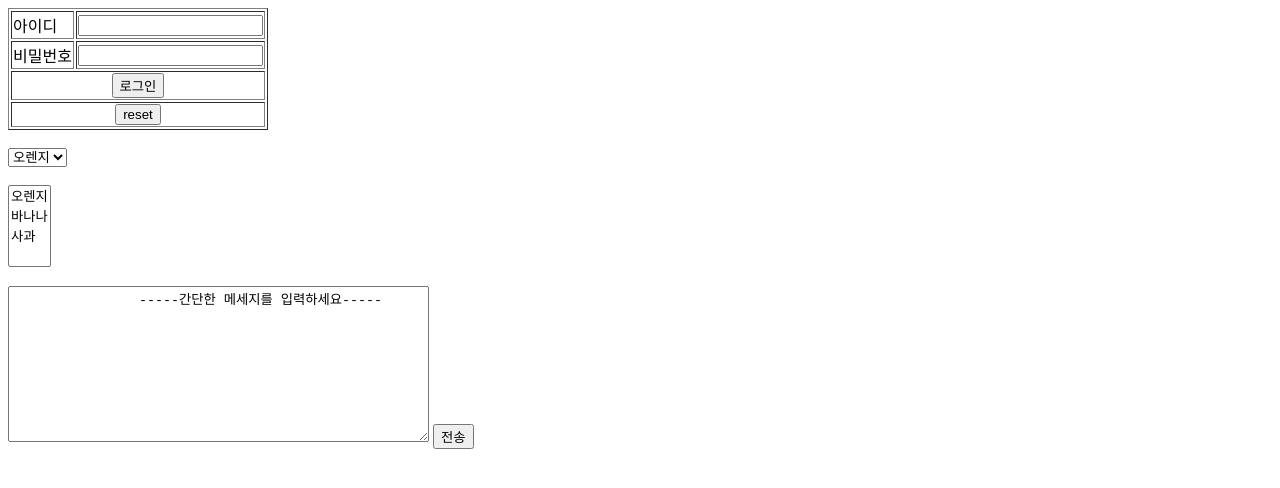
Repository: salee1023/JSP_Practice
Page: HTML_CSS_JS_practice01/src/main/webapp/form_tag.htm
The author's editor kept a copy of each file at every save. The page is drawn from the files as they stood at one save, then again after the next save.
The browser window is 1280 px wide. The pictures show the whole page.

Above is the page before, as saved 2021-08-16 11:39:27.

### HTML_CSS_JS_practice01/src/main/webapp/form_tag.htm
<!DOCTYPE html>
<html>
<head>
<meta charset="UTF-8">
<title>폼태그 연습</title>
</head>
<body>
	<!--
		폼을 구성하는 태그들
		  : 폼은 데이터를 전송할 때 사용하는 태그,
		  회원가입을 할 때 이름, 전화번호, 주소...

		<form> 자신의 태그내에 있는 데이터를 지정한 웹 주소로 전송해준다.
		데이터 전송방식
		  GET방식 : 데이터용량이 작은 256~4096바이트
		  POST방식 : 대용량의 데이터를 보낼 때 유용하다.

		  <form> 속성 :
		    method : 데이터 전송방식을 지정
		    name : 폼의 이름을 지정. 자바스크립트에서 폼내의 데이터를 구분할 때 사용한다.
		    action : 폼내의 데이터를 이동시킬 위치를 지정한다.
		    enctype : 대용량 파일의 데이터 속성을 지정한다.

		  구성태그들
		  ---------------
		  <input>
		    type :
		      text : 한 줄 입력받을 때 사용하는 형식
		      password : 비밀번호 형태로 입력받을 때 사용하는 형식
		      radio : 상호배타적 선택
		      checkbox : 다중 선택
		      button : 자바스크립트와 연계해서 사용
		      submit : 폼의 내용을 action에서 지정한 주소로 보낼 때 사용하는 형식
		      reset : 폼의 내용을 초깃값으로 재설정할 때 사용하는 형식
		      hidden : 숨김필드로 화면에 보이지 않게 할 때 사용하는 형식
		      file : 파일을 첨부할 때 사용하는 형식.

		  <select>
		  목록상자나 콤보 박스로 폼을 구성할 때 사용하는 태그
		    속성 :
		      name : 필드의 이름을 지정
		      size : 목록상자에 보여지는 항목의 수를 지정한다.
		      multiple : 필드에서 여러개의 항목을 선택할 수 있도록 지정한다.

		  <option>
		  select 태그가 만드는 필드의 항목을 만드는 태그
		    속성 :
		      value : 항목을 선택했을 때 전송할 값을 지정한다.
		      selected : 기본적으로 선택되는 항목을 지정한다.

		  <textarea>
		  여러줄에 입력하는 데이터를 사용하고자 할 때 사용하는 태그
		    속성 :
		      name : 필드의 이름을 지정
		      cols : 대문자 A를 기준으로 너비를 설정
		      rows : 대문자 A를 기준으로 높이를 설정
		      readonly : 필드를 읽기 전용으로 지정
	-->
	<form action="http://www.naver.com/index.html">
		<table border = 1>
			<tr>
				<td>아이디</td>
				<td>
					<input type="text" name="id">
				</td>
			</tr>
			<tr>
				<td>비밀번호</td>
				<td>
					<input type="password" name="pw">
				</td>
			</tr>
			<tr>
				<td colspan=2>
					<div align="center"><input type="submit" value="로그인"></div>
				</td>
			</tr>
			<tr>
				<td colspan=2>
					<div align="center"><input type="reset" value="reset"></div>
				</td>
			</tr>
		</table>
		<br>
		<select name="과일">
			<option value="orange">오렌지</option>
			<option value="banana">바나나</option>
			<option value="apple">사과</option>
		</select>
		<br><br>
		<select name="choice" multiple>
			<option value="orange">오렌지</option>
			<option value="banana">바나나</option>
			<option value="apple">사과</option>
		</select>
		<br><br>
		<textarea name="memo" cols="50" rows="10">
		-----간단한 메세지를 입력하세요-----
		</textarea>
		<input type="submit" value="전송">
	</form>
</body>
</html>

After the next save:
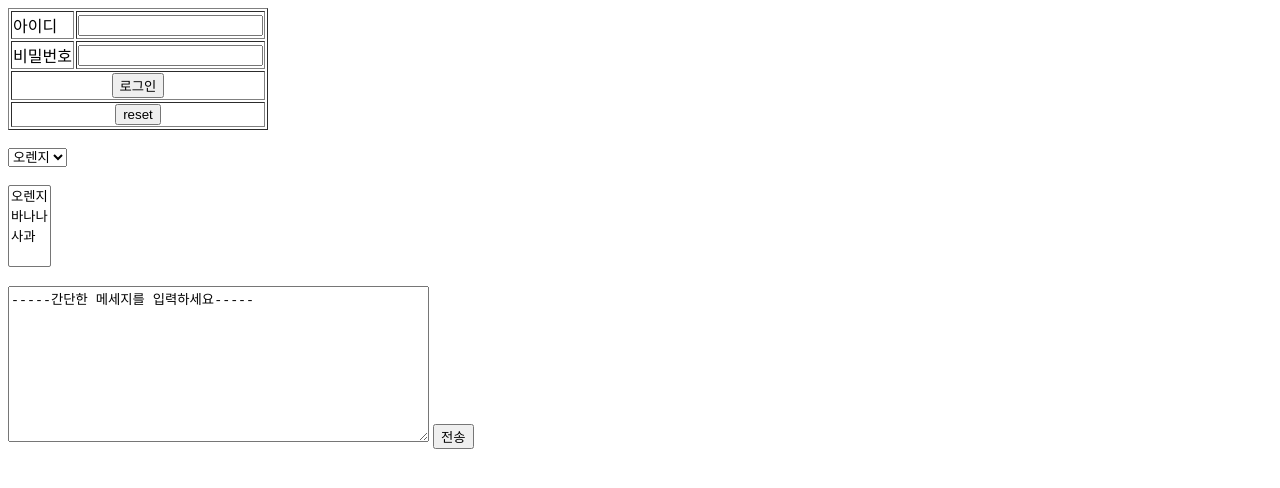
Saved 11 s later.
--- a/HTML_CSS_JS_practice01/src/main/webapp/form_tag.htm
+++ b/HTML_CSS_JS_practice01/src/main/webapp/form_tag.htm
@@ -94,8 +94,7 @@
 			<option value="apple">사과</option>
 		</select>
 		<br><br>
-		<textarea name="memo" cols="50" rows="10">
-		-----간단한 메세지를 입력하세요-----
+		<textarea name="memo" cols="50" rows="10">-----간단한 메세지를 입력하세요-----
 		</textarea>
 		<input type="submit" value="전송">
 	</form>

After the save that followed:
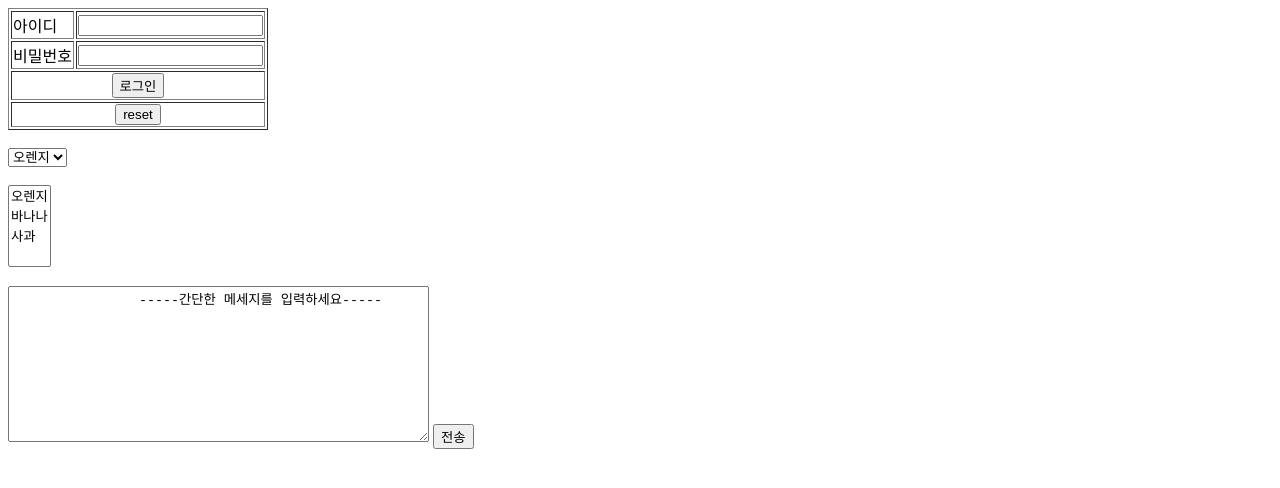
Saved 8 s later.
--- a/HTML_CSS_JS_practice01/src/main/webapp/form_tag.htm
+++ b/HTML_CSS_JS_practice01/src/main/webapp/form_tag.htm
@@ -94,7 +94,8 @@
 			<option value="apple">사과</option>
 		</select>
 		<br><br>
-		<textarea name="memo" cols="50" rows="10">-----간단한 메세지를 입력하세요-----
+		<textarea name="memo" cols="50" rows="10">
+		-----간단한 메세지를 입력하세요-----
 		</textarea>
 		<input type="submit" value="전송">
 	</form>
